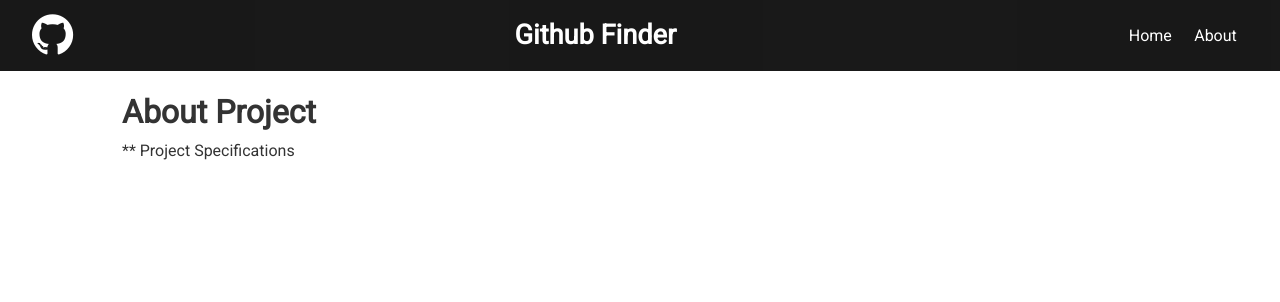
Repository: hemantsaini-7/ReactHooks-GitHub-Clone
Page: /about
These files come from the project's save history. The page is drawn as it stood at one moment and after the next save; the edit follows.
The browser window is 1280 px wide. The pictures show the whole page.
The project was rebuilt for these pictures with package versions that can differ from the ones it lists, and the page was loaded fresh each time. Also part of the build but not shown: src/components/users/UserItem.js, src/components/layout/Spinner.js, src/components/users/Users.js, src/components/repos/RepoItem.js, src/components/repos/Repos.js, src/components/users/User.js, src/components/users/Search.js, src/components/layout/Alert.js.

Above is the page before, as saved 2020-08-06 09:59:07.

### public/index.html
<!DOCTYPE html>
<html lang="en">
  <head>
    <meta charset="utf-8" />
    <link rel="icon" href="%PUBLIC_URL%/favicon.ico" />
    <meta name="viewport" content="width=device-width, initial-scale=1" />
    <meta name="theme-color" content="#000000" />
    <meta
      name="description"
      content="Web site created using create-react-app"
    />
    <link rel="apple-touch-icon" href="%PUBLIC_URL%/logo192.png" />

    <link rel="manifest" href="%PUBLIC_URL%/manifest.json" />
    <link
      rel="stylesheet"
      href="https://stackpath.bootstrapcdn.com/font-awesome/4.7.0/css/font-awesome.min.css"
    />
    <title>React App</title>
  </head>
  <body>
    <noscript>You need to enable JavaScript to run this app.</noscript>
    <div id="root"></div>
  </body>
</html>

### src/App.js
import React, { Fragment, useState } from "react";
import "./App.css";
import { BrowserRouter as Router, Switch, Route } from "react-router-dom";
import Navbar from "./components/layout/Navbar";
import Users from "./components/users/Users";
import User from "./components/users/User";
import Search from "./components/users/Search";
import Alert from "./components/layout/Alert";
import About from "./components/pages/About";
import axios from "axios";
const App = () => {
  const [users, setUsers] = useState([]);
  const [user, setUser] = useState({});
  const [repos, setRepos] = useState([]);
  const [loading, setLoading] = useState(false);
  const [alert, setAlert] = useState(null);

  const searchUsers = async (text) => {
    //this.setState({ loading: true });
    setLoading(true);
    const res = await axios.get(
      `https://api.github.com/search/users?q=${text}&cliend_id=${process.env.REACT_APP_GITHUB_CLIENT_ID}&client_secret=${process.env.REACT_APP_GITHUB_CLIENT_SECRET}`
    );
    setUsers(res.data.items);
    setLoading(false);
  };

  const clearUsers = () => {
    setUsers([]);
    setLoading(false);
  };

  const showAlert = (msg, type) => {
    //this.setState({ alert: { msg, type } });
    setAlert({ msg, type });
    setTimeout(() => setAlert(null), 5000);
  };

  const getUser = async (username) => {
    setLoading(true);
    const res = await axios.get(
      `https://api.github.com/users/${username}?cliend_id=${process.env.REACT_APP_GITHUB_CLIENT_ID}&client_secret=${process.env.REACT_APP_GITHUB_CLIENT_SECRET}`
    );
    setUser(res.data);
    setLoading(false);
  };

  const getUserRepos = async (username) => {
    setLoading(true);
    const res = await axios.get(
      `https://api.github.com/users/${username}/repos?per_page=5&sort=created:asc&cliend_id=${process.env.REACT_APP_GITHUB_CLIENT_ID}&client_secret=${process.env.REACT_APP_GITHUB_CLIENT_SECRET}`
    );
    setRepos(res.data);
    setLoading(false);
  };

  return (
    <Router>
      <div className='App'>
        <Navbar title='Github Finder' />
        <div className='container'>
          <Alert alert={alert} />
          <Switch>
            <Route
              exact
              path='/'
              render={(props) => (
                <Fragment>
                  <Search
                    searchUsers={searchUsers}
                    clearUsers={clearUsers}
                    showClear={users.length > 0 ? true : false}
                    setAlert={showAlert}
                  />
                  <Users users={users} loading={loading} />
                </Fragment>
              )}
            />
            <Route exact path='/about' component={About} />
            <Route
              exact
              path='/user/:login'
              render={(props) => (
                <User
                  {...props}
                  getUser={getUser}
                  getUserRepos={getUserRepos}
                  repos={repos}
                  user={user}
                  loading={loading}
                />
              )}
            />
          </Switch>
        </div>
      </div>
    </Router>
  );
};

export default App;

### src/App.css
@import url("https://fonts.googleapis.com/css?family=Roboto");

/* Global Styles */
:root {
  --primary-color: #dc3545;
  --dark-color: #333333;
  --light-color: #f4f4f4;
  --danger-color: #dc3545;
  --success-color: #28a745;
}

* {
  box-sizing: border-box;
  margin: 0;
  padding: 0;
}

body {
  font-family: "Roboto", sans-serif;
  font-size: 1rem;
  line-height: 1.6;
  background-color: #fff;
  color: #333;
}

a {
  color: var(--primary-color);
  text-decoration: none;
}

a:hover {
  color: #666;
}

ul {
  list-style: none;
}

img {
  width: 100%;
}

/* Utilities */
.container {
  max-width: 1100px;
  margin: auto;
  overflow: hidden;
  padding: 0 2rem;
}

/* Text Styles*/
.x-large {
  font-size: 4rem;
  line-height: 1.2;
  margin-bottom: 1rem;
}

.large {
  font-size: 3rem;
  line-height: 1.2;
  margin-bottom: 1rem;
}

.lead {
  font-size: 1.5rem;
  margin-bottom: 1rem;
}

.text-center {
  text-align: center;
}

.text-primary {
  color: var(--primary-color);
}

.text-dark {
  color: var(--dark-color);
}

.text-success {
  color: var(--success-color);
}

.text-danger {
  color: var(--danger-color);
}

.text-center {
  text-align: center;
}

.text-right {
  text-align: right;
}

.text-left {
  text-align: left;
}

/* Center All */
.all-center {
  display: flex;
  flex-direction: column;
  width: 100%;
  margin: auto;
  justify-content: center;
  align-items: center;
  text-align: center;
}

/* Cards */
.card {
  padding: 1rem;
  border: #ccc 1px dotted;
  margin: 0.7rem 0;
}

/* List */
.list {
  margin: 0.5rem 0;
}

.list li {
  padding-bottom: 0.3rem;
}

/* Padding */
.p {
  padding: 0.5rem;
}
.p-1 {
  padding: 1rem;
}
.p-2 {
  padding: 2rem;
}
.p-3 {
  padding: 3rem;
}
.py {
  padding: 0.5rem 0;
}
.py-1 {
  padding: 1rem 0;
}
.py-2 {
  padding: 2rem 0;
}
.py-3 {
  padding: 3rem 0;
}

/* Margin */
.m {
  margin: 0.5rem;
}
.m-1 {
  margin: 1rem;
}
.m-2 {
  margin: 2rem;
}
.m-3 {
  margin: 3rem;
}
.my {
  margin: 0.5rem 0;
}
.my-1 {
  margin: 1rem 0;
}
.my-2 {
  margin: 2rem 0;
}
.my-3 {
  margin: 3rem 0;
}

/* Grid */
.grid-2 {
  display: grid;
  grid-template-columns: repeat(2, 1fr);
  grid-gap: 1rem;
}

.grid-3 {
  display: grid;
  grid-template-columns: repeat(3, 1fr);
  grid-gap: 1rem;
}

.grid-4 {
  display: grid;
  grid-template-columns: repeat(4, 1fr);
  grid-gap: 1rem;
}

.btn {
  display: inline-block;
  background: var(--light-color);
  color: #333;
  padding: 0.4rem 1.3rem;
  font-size: 1rem;
  border: none;
  cursor: pointer;
  margin-right: 0.5rem;
  transition: opacity 0.2s ease-in;
  outline: none;
}

.btn-link {
  background: none;
  padding: 0;
  margin: 0;
}

.btn-block {
  display: block;
  width: 100%;
}

.btn-sm {
  font-size: 0.8rem;
  padding: 0.3rem 1rem;
  margin-right: 0.2rem;
}

.badge {
  display: inline-block;
  font-size: 0.8rem;
  padding: 0.2rem 0.7rem;
  text-align: center;
  margin: 0.3rem;
  background: var(--light-color);
  color: #333;
  border-radius: 5px;
}

.alert {
  padding: 0.7rem;
  margin: 1rem 0;
  opacity: 0.9;
  background: var(--light-color);
  color: #333;
}

.btn-primary,
.bg-primary,
.badge-primary,
.alert-primary {
  background: var(--primary-color);
  color: #fff;
}

.btn-light,
.bg-light,
.badge-light,
.alert-light {
  background: var(--light-color);
  color: #333;
}

.btn-dark,
.bg-dark,
.badge-dark,
.alert-dark {
  background: var(--dark-color);
  color: #fff;
}

.btn-danger,
.bg-danger,
.badge-danger,
.alert-danger {
  background: var(--danger-color);
  color: #fff;
}

.btn-success,
.bg-success,
.badge-success,
.alert-success {
  background: var(--success-color);
  color: #fff;
}

.btn-white,
.bg-white,
.badge-white,
.alert-white {
  background: #fff;
  color: #333;
  border: #ccc solid 1px;
}

.btn:hover {
  opacity: 0.8;
}

.bg-light,
.badge-light {
  border: #ccc solid 1px;
}

.round-img {
  border-radius: 50%;
}

/* Forms */
input {
  margin: 1.2rem 0;
}

.form-text {
  display: block;
  margin-top: 0.3rem;
  color: #888;
}

input[type="text"],
input[type="email"],
input[type="password"],
input[type="date"],
select,
textarea {
  display: block;
  width: 100%;
  padding: 0.4rem;
  font-size: 1.2rem;
  border: 1px solid #ccc;
}

input[type="submit"],
button {
  font: inherit;
}

table th,
table td {
  padding: 1rem;
  text-align: left;
}

table th {
  background: var(--light-color);
}

/* Navbar */
.navbar {
  display: flex;
  justify-content: space-between;
  align-items: center;
  padding: 0.7rem 2rem;
  z-index: 1;
  width: 100%;
  opacity: 0.9;
  margin-bottom: 1rem;
}

.navbar ul {
  display: flex;
}

.navbar a {
  color: #fff;
  padding: 0.45rem;
  margin: 0 0.25rem;
}

.navbar a:hover {
  color: var(--light-color);
}

.navbar .welcome span {
  margin-right: 0.6rem;
}
.bg-black {
  background: #000;
  color: #fff;
}
.nav-head {
  font-size: 1.7rem;
  /* margin-left: 100px; */
}
.s-field {
  border-radius: 10px;
  box-shadow: inset 0px 0px 10px #ccc;
}
.s-field:focus {
  outline: none;
}
/* Mobile Styles */
@media (max-width: 700px) {
  .hide-sm {
    display: none;
  }

  .grid-2,
  .grid-3,
  .grid-4 {
    grid-template-columns: 1fr;
  }

  /* Text Styles */
  .x-large {
    font-size: 3rem;
  }

  .large {
    font-size: 2rem;
  }

  .lead {
    font-size: 1rem;
  }

  /* Navbar */
  .navbar {
    display: block;
    text-align: center;
  }

  .navbar ul {
    text-align: center;
    justify-content: center;
  }
}

### src/components/layout/Navbar.js
import React from "react";
import { Link } from "react-router-dom";
function Navbar(props) {
  return (
    <nav className='navbar bg-black '>
      <span>
        <i className='fa fa-github fa-3x'></i>
      </span>
      <h3 className='nav-head'>{props.title}</h3>
      <ul>
        <li>
          <Link to='/'>Home</Link>
        </li>
        <li>
          <Link to='/about'>About</Link>
        </li>
      </ul>
    </nav>
  );
}

export default Navbar;

### src/components/pages/About.js
import React from "react";

const About = () => {
  return (
    <div className='about-div'>
      <h1>About Project</h1>
      <p>** Project Specifications</p>
    </div>
  );
};
export default About;

Loaded but not shown: src/index.js (common file)

After the next save:
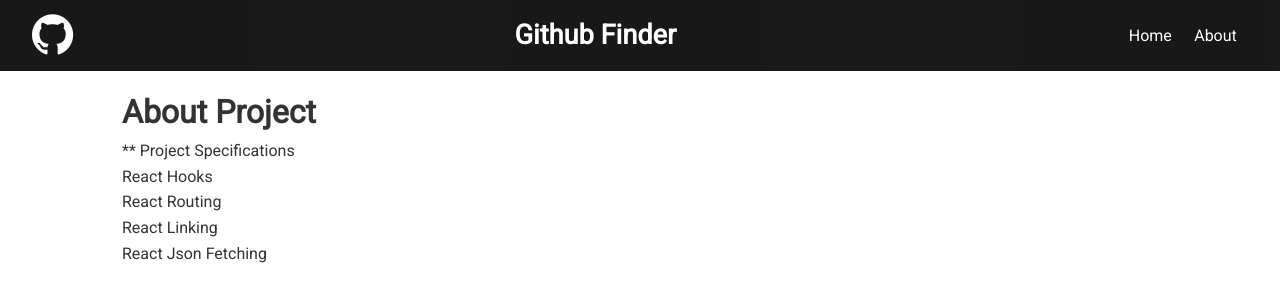
Saved 68 s later.
--- a/src/components/pages/About.js
+++ b/src/components/pages/About.js
@@ -5,6 +5,12 @@
     <div className='about-div'>
       <h1>About Project</h1>
       <p>** Project Specifications</p>
+      <ul>
+        <li>React Hooks</li>
+        <li>React Routing</li>
+        <li>React Linking</li>
+        <li>React Json Fetching</li>
+      </ul>
     </div>
   );
 };
